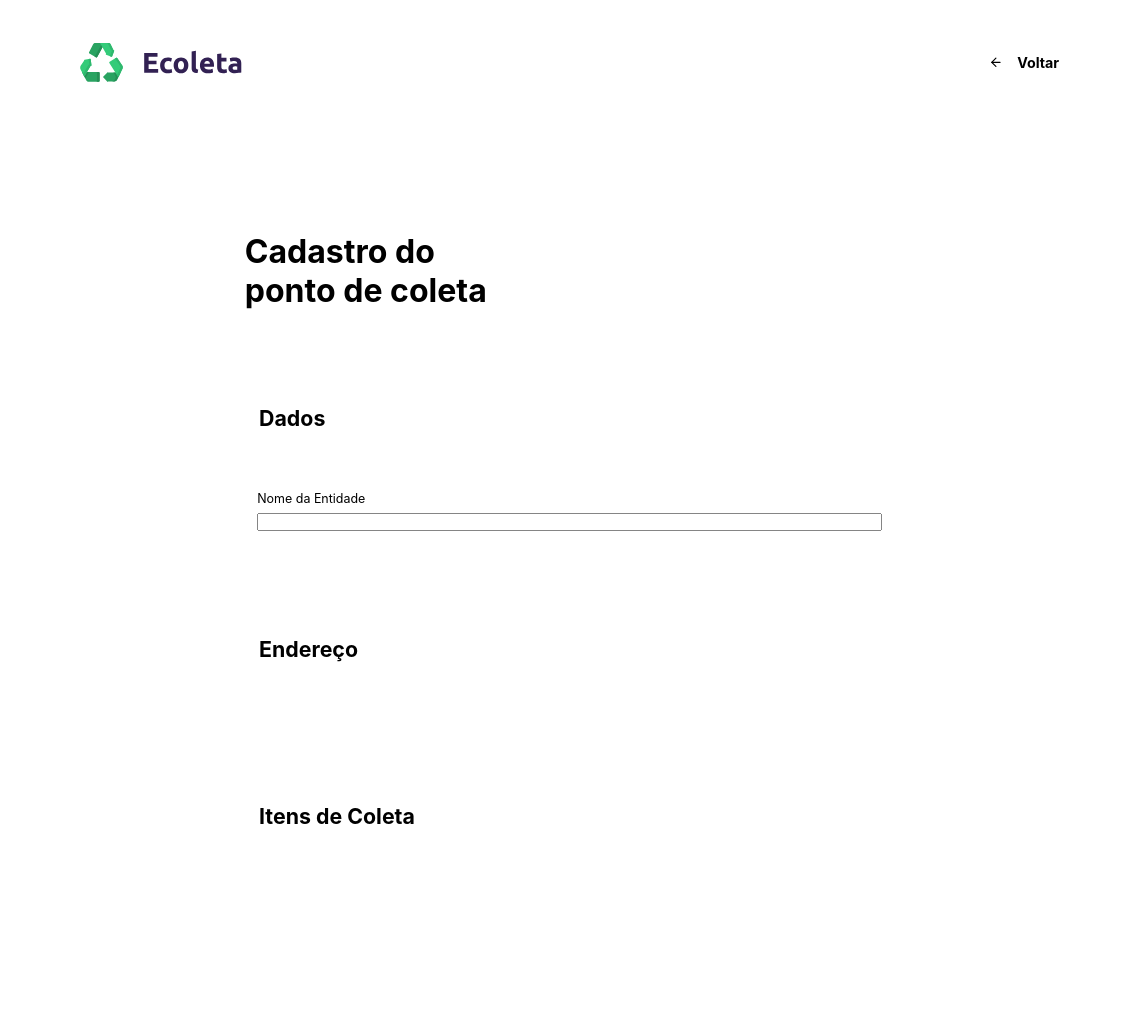
Repository: johnnedemoraesrocha/nlw-o1
Page: /create-point (app in web/)
The author's editor kept a copy of each file at every save. The page is drawn from the files as they stood at one save, then again after the next save.
The browser window is 1280 px wide. The pictures show the whole page, at 89% of full size.
The project was rebuilt for these pictures with package versions that can differ from the ones it lists, and the page was loaded fresh each time. Also part of the build but not shown: web/src/App.css, web/src/pages/Home/Home.css, web/src/pages/Home/index.tsx.

Above is the page before, as saved 2020-06-03 22:42:51.

After the next save:
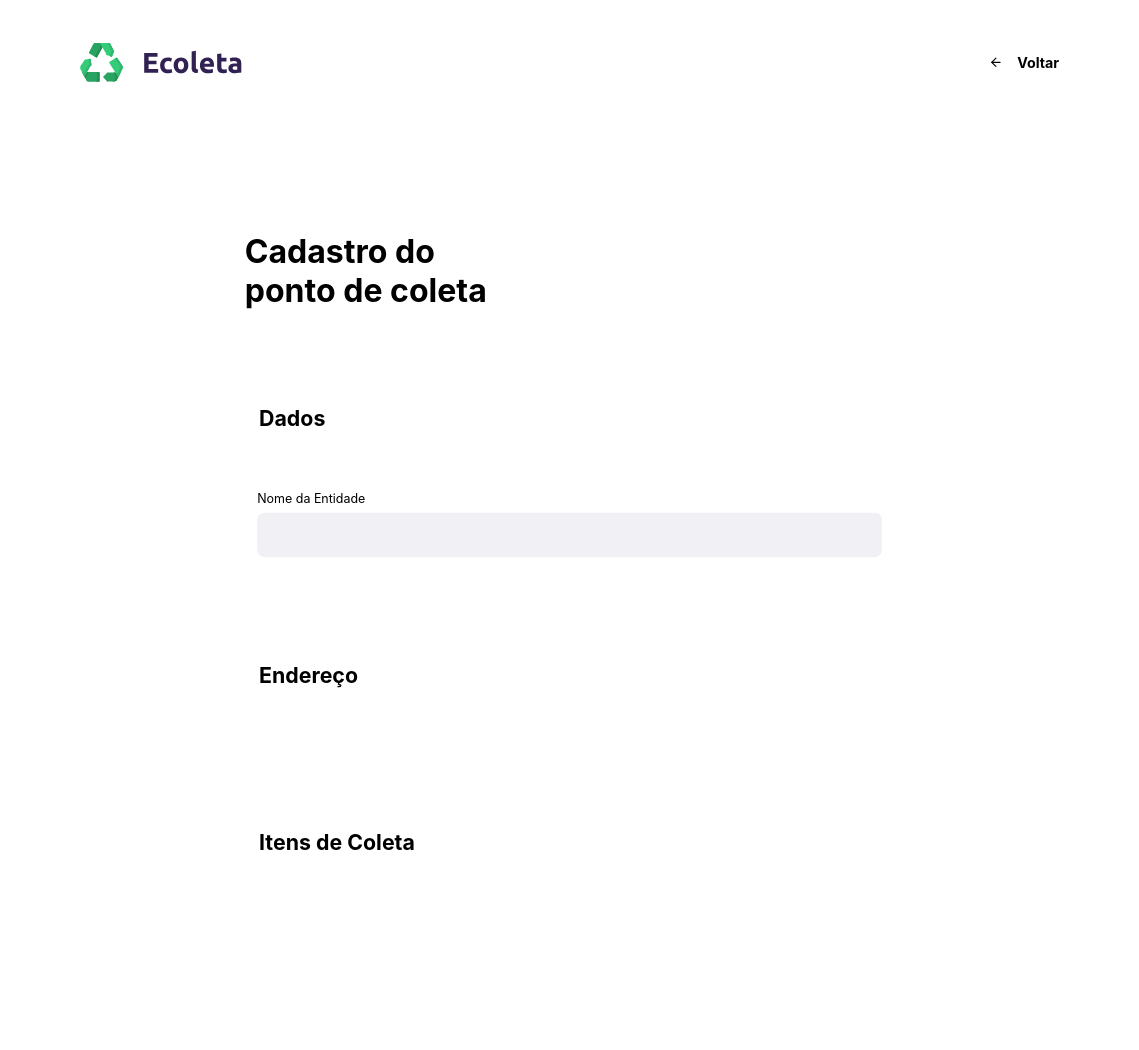
Saved 38 s later.
--- a/web/src/pages/CreatePoint/index.tsx
+++ b/web/src/pages/CreatePoint/index.tsx
@@ -27,7 +27,7 @@ const CreatePoint = () => {
 
                     <div className="field">
                         <label htmlFor="name">Nome da Entidade</label>
-                        <input>
+                        <input type="text" name="name" id="name">
                         </input>
                     </div>
                 </fieldset>
